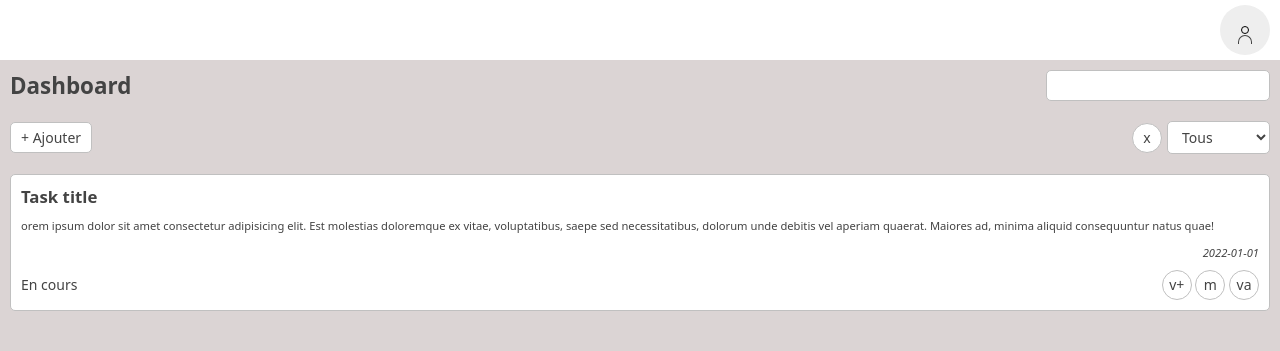
Repository: zpaulange/task_manager
Page: dashboard/index.html
An editor plug-in stored every save of this project. The page is shown before and after the next save, followed by the edit.
The browser window is 1280 px wide. The pictures show the whole page.

Above is the page before, as saved 2025-03-06 15:30:31.

### dashboard/index.html
<!DOCTYPE html>
<html lang="en">
<head>
    <meta charset="UTF-8">
    <meta name="viewport" content="width=device-width, initial-scale=1.0">
    <link rel="stylesheet" href="../assets/styles/dashboard/style.css">
    <title>Document</title>
</head>
<body>
  <section class="dashboard">
    <div class="dashboard_right">
      <nav class="dashbaord_nav">
        <a href="#" class="dashbaord_nav_avatar">
          <span></span>
        </a>
      </nav>
      <main class="main">
        <div class="main_header">
          <h1 class="main_header_title">Dashboard</h1>
          <input type="search" name="search" class=" main_header_search">
        </div>
        <div class="main_header_actions">
          <div class="main_header_actions_left">
            <button class="main_header_actions_btn">+ Ajouter</button>
          </div>
          <div class="main_header_actions_right">
            <button class="main_header_actions_right_btnDel rounded-btn del">x</button>
            <select name="filter" class="main_header_actions_right_filter" id="">
              <option value="0">Tous</option>
              <option value="1">En cours</option>
              <option value="2">Annulés</option>
              <option value="3">Terminés</option>
            </select>
          </div>
        </div>
        <section class="main-task">
          <div class="main-task__content">
            <div class="main-task__content-item">
              <div class="main-task__content-item__title">
                Task title
              </div>
              <p class="main-task__content-item__desc">
                orem ipsum dolor sit amet consectetur adipisicing elit. Est molestias doloremque ex vitae, voluptatibus, saepe sed necessitatibus, dolorum unde debitis vel aperiam quaerat. Maiores ad, minima aliquid consequuntur natus quae!
              </p>
              <div class="main-task__content-item__date">
                2022-01-01
              </div>
              <div class="main-task__content-item__actions">
                <span class="main-task__content-item__actions_status">
                  En cours
                </span>
                <div>
                  <button class="rounded-btn see-more">v+</button>
                  <button class="rounded-btn modify">m</button>
                  <button class="rounded-btn validate">va</button>
                </div>
            </div>
            <!-- <section class="box box-center">
              <h1>Aucune tache disponible...</h1>
            </section> -->
          </div>

        </section>
      </main>
    </div>
  </section>

</body>
</html>

### assets/styles/dashboard/style.css
*{
  margin:0;
  padding:0;
  box-sizing: border-box;
  position:relative;
  font-family: system-ui, sans-serif;
  font-size: 14px;
  color:#434343;
}
body{
  overflow-x: hidden;
}
a{
  text-decoration: none;
}
a:active, a:hover{
  color:#434343;
}
img{
  width: 100%;
  height: auto;
}
ul li{
  list-style: none;
}
input[type="search"],
input[type="text"],
input[type="date"]{
  padding:5px 10px;
  border-radius:5px;
  border:1px solid silver
}
input:focus, select:focus{
  outline: none;
}

.dashboard{
  min-height: 100vh;
  background-color: #dbd4d4;
}

.dashboard_right{
  min-height: 100vh;
}
.dashbaord_nav{
  background-color: #fff;
  padding:5px 10px;
  display: flex;
  align-items:center;
  justify-content: flex-end;
  z-index: 1000;
  position: sticky;
  top:0;
  left:0;
}
.dashbaord_nav_avatar{
  display: flex;
  align-items: center;
  justify-content: center;
  height:50px;
  width: 50px;
  border-radius:50%;
  background-color: #eee;

}
.dashbaord_nav_avatar span{
  display: inline-block;
  height: 8px;
  width: 8px;
  border-radius:50%;
  border:1px solid #000
}
.dashbaord_nav_avatar span:before{
  content:'';
  position: absolute;
  height: 8px;
  width: 12px;
  border:1px solid;
  left:50%;
  transform: translateX(-50%);
  top:8px;
  border-bottom: none;
  border-top-left-radius: 10px;
  border-top-right-radius: 10px;
}

.main{
  padding:10px;
}
.main_header_title{
  font-size: 1.6rem;
}
.box{
  min-height: calc(100vh - 180px);
  background-color: #fff;
  border-radius:5px;
  padding:10px;
  margin-top:20px
}
.box.box-center{
  display: flex;
  align-items:center;
  justify-content: center;
}

.main_header{
  display: flex;
  justify-content: space-between;
  align-items:center;
  margin-bottom:20px;
}
.main_header_actions{
  display: flex;
  justify-content: space-between;
  align-items:center;
}
.main_header_actions_btn{
  padding:5px 10px;
  border-radius:5px;
  border:1px solid silver;
  background-color: #fff;
  cursor: pointer;
  transition: .2s;
}
.main_header_actions_btn:hover{
  background-color:blue;
  color:#fff;
}
.main_header_actions_right{
  display: flex;
  align-items:center;
  gap:5px;
}
.rounded-btn{
  border-radius:50%;
  border:1px solid silver;
  background-color: #fff;
  cursor: pointer;
  transition: .2s;
  cursor:pointer;
  width: 30px;
  height: 30px;
}
.rounded-btn.del:hover{
  background-color:red;
  color:#fff;
}
.rounded-btn.see-more:hover{
  background-color:blue;
  color:#fff;
}
.rounded-btn.modify:hover{
  background-color:rgb(172, 172, 14);
  color:#fff;
}
.rounded-btn.validate:hover{
  background-color:green;
  color:#fff;
}
.main_header_actions_right_filter{
  padding:5px 10px;
  border-radius:5px;
  border:1px solid silver;
  background-color: #fff;
}

.main-task__content{
  margin-top:20px;
}
.main-task__content-item{
  background-color:#fff;
  padding:10px;
  border-radius:5px;
  border:1px solid silver
}
.main-task__content-item__title{
  font-size: 1.2rem;
  font-weight: 600;
}
.main-task__content-item__desc{
  font-size: .8rem;
  line-height: 1.2rem;
  margin-top:10px;
  margin-bottom:10px;
}
.main-task__content-item__date{
  font-size: .8rem;
  text-align: right;
  font-style: italic;
}

.main-task__content-item__actions{
  display: flex;
  justify-content: space-between;
  align-items:center;
  margin-top:10px;
}
.main-task__content-item__actions_status{

}

After the next save:
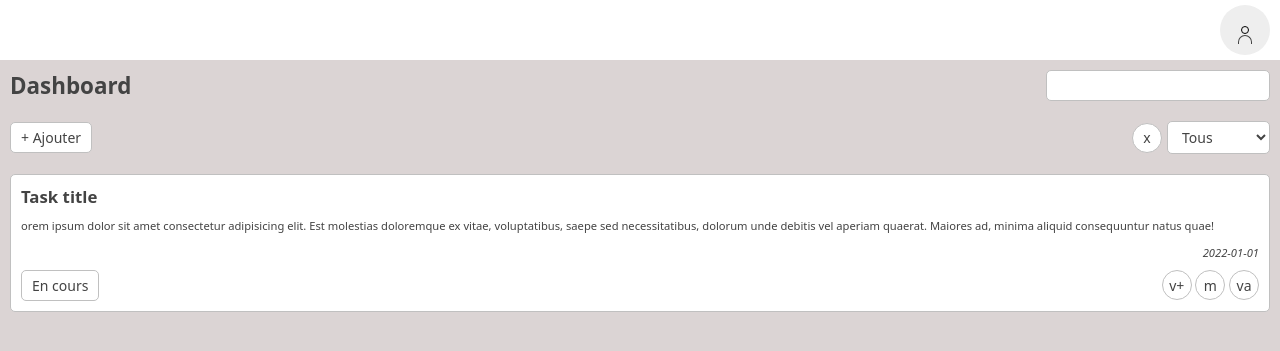
Saved 4 s later.
--- a/assets/styles/dashboard/style.css
+++ b/assets/styles/dashboard/style.css
@@ -196,5 +196,8 @@ input:focus, select:focus{
   margin-top:10px;
 }
 .main-task__content-item__actions_status{
-
-}
+  padding:5px 10px;
+  border-radius:5px;
+  background-color: #fff;
+  border:1px solid silver
+}
